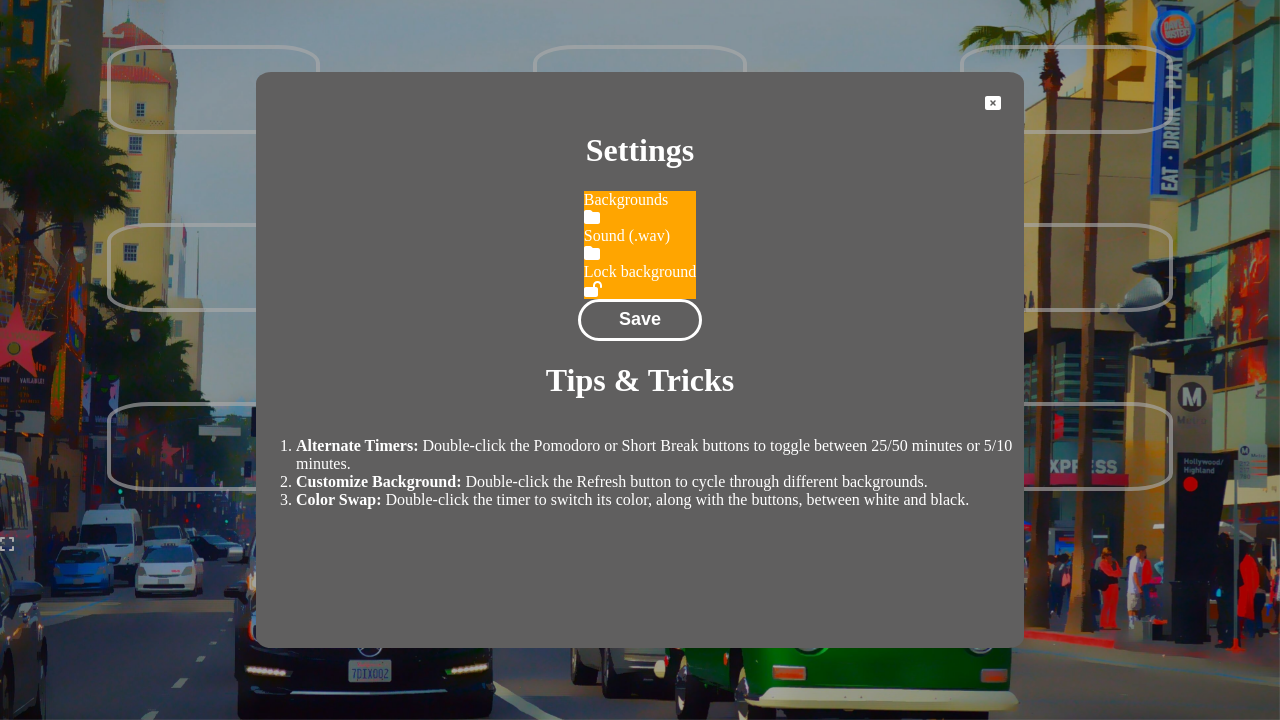
Repository: ttommytan/pomodoro
Page: /, after clicking the first element matching `svg.fa-gear`
An editor plug-in stored every save of this project. The page is shown before and after the next save, followed by the edit.
The browser window is 1280 px wide. The pictures show the whole page.
The project was rebuilt for these pictures with package versions that can differ from the ones it lists, and the page was loaded fresh each time. Also part of the build but not shown: vite.config.js, src/components/Test.jsx, src/components/SliderComponent.jsx. Imported but missing from the stored project, and not drawn on this page: src/assets/chime.wav.

Above is the page before, as saved 2024-08-27 11:23:53.

After the next save:
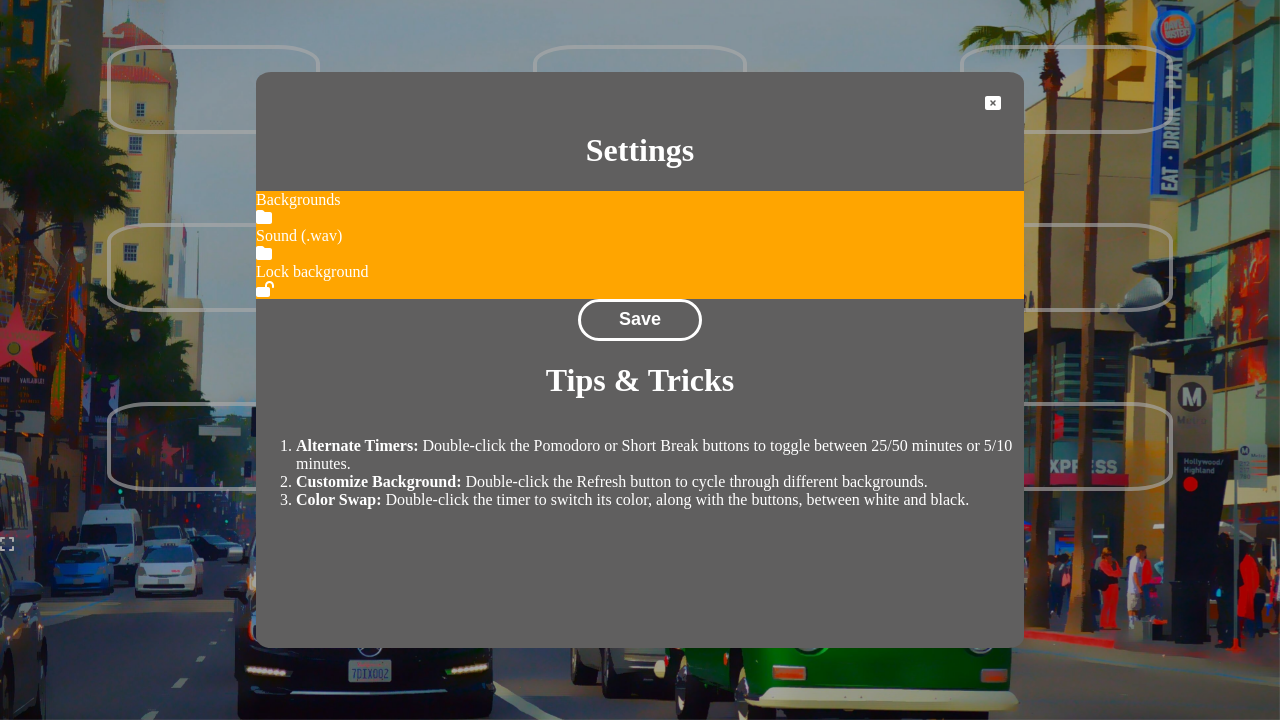
Saved 6 s later.
--- a/src/index.css
+++ b/src/index.css
@@ -314,7 +314,8 @@
   align-self: flex-end;
 }
 .settings-elements{
-
+  background-color: yellow;
+  width: 100%;
 }
 .settings-element{
   justify-content: space-between;
